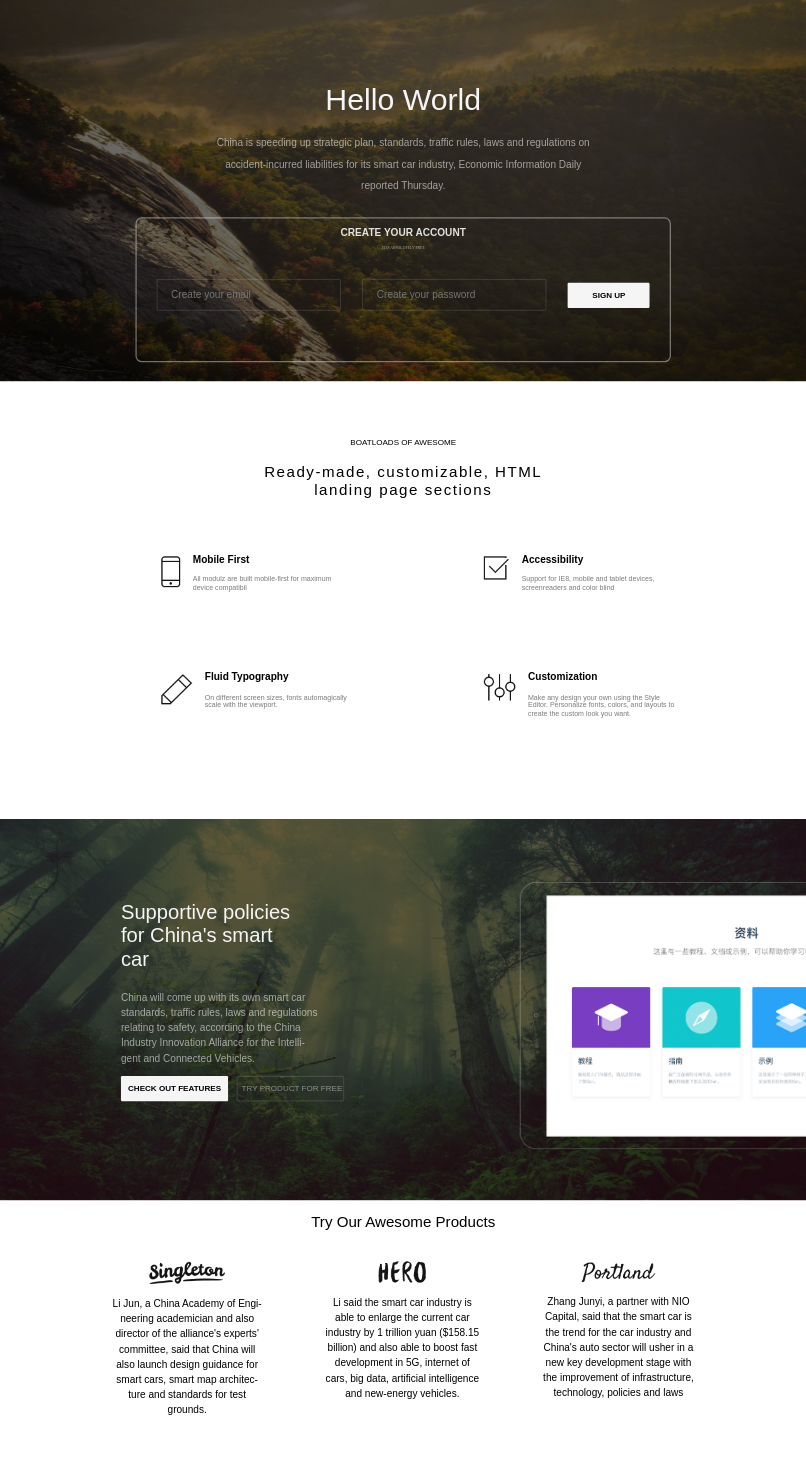
Repository: sogeisetsu/suy-ife
Page: 009-011/index.html
An editor plug-in stored every save of this project. The page is shown before and after the next save, followed by the edit.
The browser window is 1280 px wide. The pictures show the whole page, at 63% of full size.

Above is the page before, as saved 2019-10-12 01:39:28.

### 009-011/index.html
<!DOCTYPE html>
<html>
    <head>
        <meta name="charset" content="utf-8">
        <meta http-equiv="refresh" content="30">
        <link rel="stylesheet" href="normalize.css" type="text/css">
        <link rel="stylesheet" href="index.css" type="text/css">
    </head>
    <body>
        <div id=head>
            <div class=headback>
                <img src="sucai/head-back.png" alt="头部背景" class="head-image">
                <div class="headbackcolor"></div>
            </div>
            <div class="headfont">
                <h1 class="headfonttittle">Hello World</h1>
                <p class="headfonttext">China is speeding up strategic plan, standards, traffic rules, laws and regulations on  </p>
                <p class="headfonttext">accident-incurred liabilities for its smart car industry, Economic Information Daily </p>
                <p class="headfonttext">reported Thursday.</p>
            </div>
            <div class="headform">
                <h2 class="tittle">Create Your Account</h2>
                <p class="text">It is absolutely free</p>
                <form action="#">
                    <input class="input-field" type="email" name="email" id="email" placeholder="Create your email">
                    <input class="input-field" type="password" name="pws" id="pws" placeholder="Create your password">
                    <input class="sign-up" type="button" value="Sign Up">
                </form>
            </div>
        </div>
        <div id="page2">
            <div class="p2head">
                <p>Boatloads of Awesome</p>
                <h2>Ready-made, customizable, HTML <br>landing page sections</h2>
            </div>
            <div class="p2text">
                <div class="iphone">
                    <img src="sucai/Iphone Icon.png" alt="iphone">
                    <div class="texto">
                    <p class="tittle">Mobile First</p>
                    <p class="text">All modulz are built mobile-first for maximum<br>device compatibil </p>
                    </div>
                </div>
                <div class="check">
                    <img src="sucai/Check Icon.png" alt="check">
                    <div class="texto">
                    <p class="tittle">Accessibility</p>
                    <p class="text">Support for IE8, mobile and tablet devices,<br> screenreaders and color blind</p>
                    </div>
                </div>
                <div class="pencil">
                    <img src="sucai/Pencil Icon.png" alt="pencil">
                    <div class="texto">
                    <p class="tittle">Fluid Typography</p>
                    <p class="text">On different screen sizes, fonts automagically<br> scale with the viewport.</p>
                    </div>
                </div>
                <div class="setting">
                    <img src="sucai/Settings Icon.png" alt="setting">
                    <div class="texto">
                    <p class="tittle">Customization</p>
                    <p class="text">Make any design your own using the Style<br> Editor. Personalize fonts, colors, and layouts to<br> create the custom look you want.</p>
                    </div>
                </div>
            </div>
        </div>
        <div id=page3>
            <div class=page3back>
                <img src="sucai/page3background.png" alt="第三张背景" class="page3-image">
                <!-- <img src="sucai/page3Screen.png" alt="ipad屏幕" class="page3-screen"> -->
                <div class="headbackcolor"></div>
                <img src="sucai/page3Screen.png" alt="ipad屏幕" class="page3-screen">
            </div>
            <div class="page3text">
                <p class="tittle">Supportive policies<br> for China's smart<br> car</p>
                <p class="text">China will come up with its own smart car<br> standards, traffic rules, laws and regulations<br> relating to safety, according to the China<br> Industry Innovation Alliance for the Intelli-<br>gent and Connected Vehicles.</p>
                <input class="CheckoutFeatures" type="button" value="CHECK OUT FEATURES">
                <input class="TryproductforFree" type="button" value="Try product for Free">
            </div>
        </div>
        <div id="page4">
            <h2 class="tittle">Try Our Awesome Products</h2>
            <div class="text">
                <div class="singleton">
                    <img src="sucai/Singleton.png" alt="singleton">
                    <p>Li Jun, a China Academy of Engi-<br>neering academician and also<br> director of the alliance's experts'<br> committee, said that China will<br> also launch design guidance for<br> smart cars, smart map architec-<br>ture and standards for test<br> grounds.</p>
                </div>
                <div class="hero">
                    <img src="sucai/Hero.png" alt="hero">
                    <p>Li said the smart car industry is<br> able to enlarge the current car<br> industry by 1 trillion yuan ($158.15<br> billion) and also able to boost fast<br> development in 5G, internet of<br> cars, big data, artificial intelligence<br> and new-energy vehicles.</p>
                </div>
                <div class="portlaned">
                    <img src="sucai/Portland.png" alt="portland">
                    <p>Zhang Junyi, a partner with NIO<br> Capital, said that the smart car is<br> the trend for the car industry and<br> China's auto sector will usher in a<br> new key development stage with<br> the improvement of infrastructure,<br> technology, policies and laws</p>
                </div>
            </div>
        </div>
    </body>
</html>

### 009-011/index.css
html,body{
    margin: 0;
    height: 100%;
    width: 100%;
}
#head,#page2,#page3{
    width: 100%;
    height: 605px;
    /* overflow: hidden; */
}
#page4{
    width: 100%;
    height: 450px;
    overflow: hidden;
}
.headback{
    position: relative;
    width: 100%;
    height: 100%;
    z-index: -1;
}
.page3back{
    width: 100%;
    height: 100%;
    z-index: -1;
}
.page3-screen{
    position: relative;
    bottom: 1210px;
    height: 70%;
    display: block;
     margin-top: 100px;
     margin-right: 0%;
     float: right;
}
.headbackcolor{
    background-color: rgba(12, 10, 8, 0.61);
    width: 100%;
    height: 100%;
    position: relative;
    bottom: 605px;
}
.head-image,.page3-image{
    height: 100%;
    width: 100%;
    display: block;
}
.headfont{
    position: relative;
    margin: 0;
    bottom: 605px;
    text-align: center;
}
.headfonttittle,.page3text .tittle{
    margin-top: 130px;
    font-size: 3em;
    color: rgb(245, 245, 245);
    font-weight: 300;
}
.headfonttext,.page3text .text{
    font-weight: 300;
    color: rgba(255, 255, 255, 0.568);
}
.headform{
    position: relative;
    bottom: 605px;
    margin: 40px auto;
    border-style: solid ;
    border-width: 2px;
    border-color: rgba(236, 235, 233, 0.445);
    border-radius: 10px;
    box-sizing: border-box;
    width: 850px;
    display: flex;
    flex-direction: column;
    height: 230px;
}
.headform .tittle{
    color: rgba(252, 249, 246, 0.89);
    text-transform: uppercase;
    font-size: 1em;
    text-align: center;
}
.headform .text{
    color: rgba(252, 249, 246, 0.616);
    text-transform: uppercase;
    font-size: 0.3em;
    text-align: center;
    margin-top: 0;
    font-family: Montserrat-Light;
}
.headform form{
    margin: 40px auto;
}
input{
    color: rgb(245, 245, 245);
}
.headform .input-field{
    width: 292px;
    height: 50px;
    padding: 18px 0 18px 22px;
    margin-right: 30px;
    box-sizing: border-box;
	border-radius: 2px;
	border: solid 1px rgba(255, 255, 255, 0.2);
    background: transparent;
}

.headform .sign-up,.page3text .CheckoutFeatures,.page3text .TryproductforFree{
    color: rgb(0, 0, 0);
    background-color: rgb(245, 245, 245);
    text-align: center;
    border: 0;
    height: 40px;
    width: 130px;
    text-transform: uppercase;
    font-size: 0.8em;
    font-weight: bold;
    border-radius: 2px;
    cursor: pointer;
    outline: none;
}
.page3text .CheckoutFeatures{
    width: 170px;
}
.page3text .TryproductforFree{
    background-color: transparent;
    width: 170px;
    border: solid 1px rgba(255, 255, 255, 0.2);
    color: rgba(245, 245, 245, 0.486);
    font-weight: 400;
    position: relative;
    left: 10px;
}
.headform .sign-up:active{
    border: 0;
    border-color: rgb(245, 245, 245);
    outline: none;
}
.p2head{
    text-align: center;
    margin-top: 90px;
}
.p2head p{
    text-transform: uppercase;
    /* letter-spacing: 0.2em; */
    font-weight: 400;
    font-size: 0.8em;
    margin-bottom: 2em;
}
.p2head h2{
    font-weight: 400;
    letter-spacing: 0.1em;
    line-height: 1.2em;

}
.p2text{
    margin-top: 50px;
    display: flex;
    flex-flow: row wrap;
    margin-left: 20%;
}
.iphone,.check,.pencil,.setting{
    flex: 50%;
    margin-bottom: 60px;
    margin-top: 40px;
    /* overflow: hidden; */
}
.iphone img,.iphone .texto,.check .texto,.check img,.pencil .texto,.pencil img,.setting img,.setting .texto{
    float: left;
}
.iphone .texto,.check .texto,.pencil .texto,.setting .texto{
    position: relative;
    left: 20px;
    bottom: 20px;
    margin: 0;
}
.texto .tittle{
    font-weight: bold;
}
.texto .text{
    font-size: 0.7em;
    color: rgba(0, 0, 0, 0.521);
}
.page3text{
    width: 70%;
    left: 15%;
    bottom: 605px;
    position: relative;
}
.page3text .tittle{
    font-size: 2em;;
}
.page3text .text{
    line-height: 1.5em;
}
#page4 .tittle{
    text-align: center;
    font-weight: 400;
}
#page4 .text{
    display: flex;
    flex-flow: row;
    text-align: center;
    align-items: center;
    justify-content: space-around;
    margin-top: 50px;
    margin-left: 10%;
    margin-right: 10%;
}
.portlaned p,.singleton p,.hero p{
    font-weight: 300;
    line-height: 1.5em;
}
.hero,.portlaned{
    position: relative;
    bottom: 13px;
}

Loaded but not shown: 009-011/normalize.css (library)

After the next save:
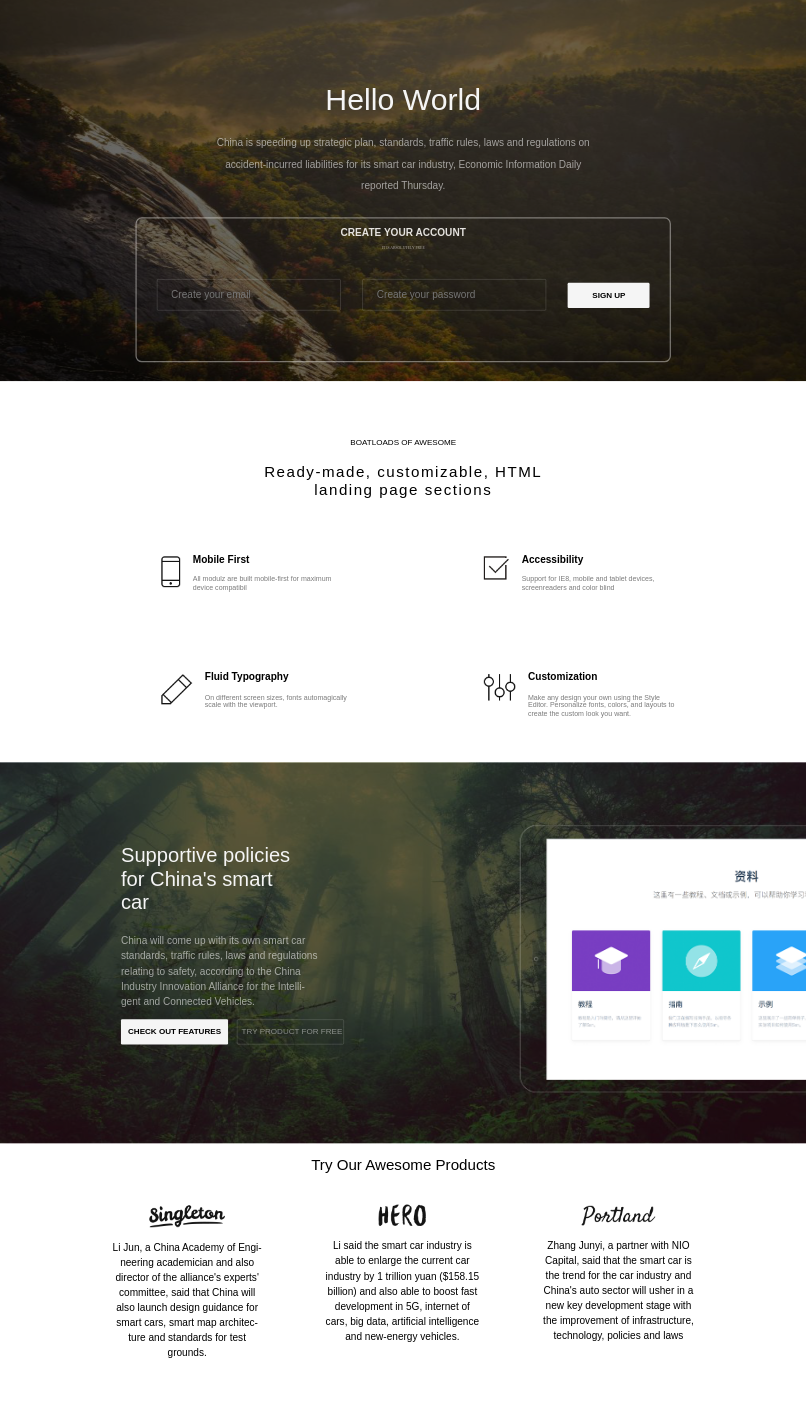
Saved 103 s later.
--- a/009-011/index.css
+++ b/009-011/index.css
@@ -6,7 +6,7 @@ html,body{
 #head,#page2,#page3{
     width: 100%;
     height: 605px;
-    /* overflow: hidden; */
+    overflow: hidden;
 }
 #page4{
     width: 100%;
